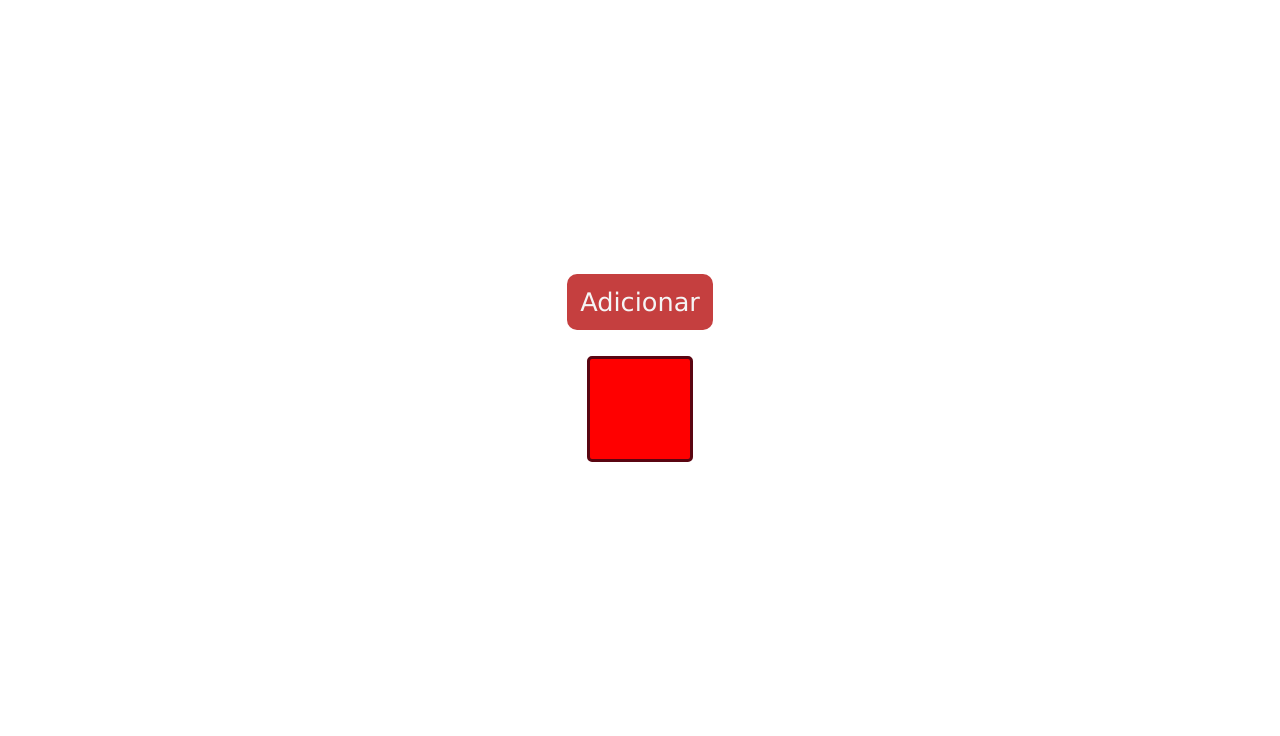
Repository: Orifiel/teste
Page: desafioMod2/desafioJavascript0201.html
These files come from the project's save history. The page is drawn as it stood at one moment and after the next save; the edit follows.
The browser window is 1280 px wide. The pictures show the whole page.
The pointer rests on the first visible `.button-container .getsquadred`.

Above is the page before, as saved 2020-08-12 15:18:58.

After the next save:
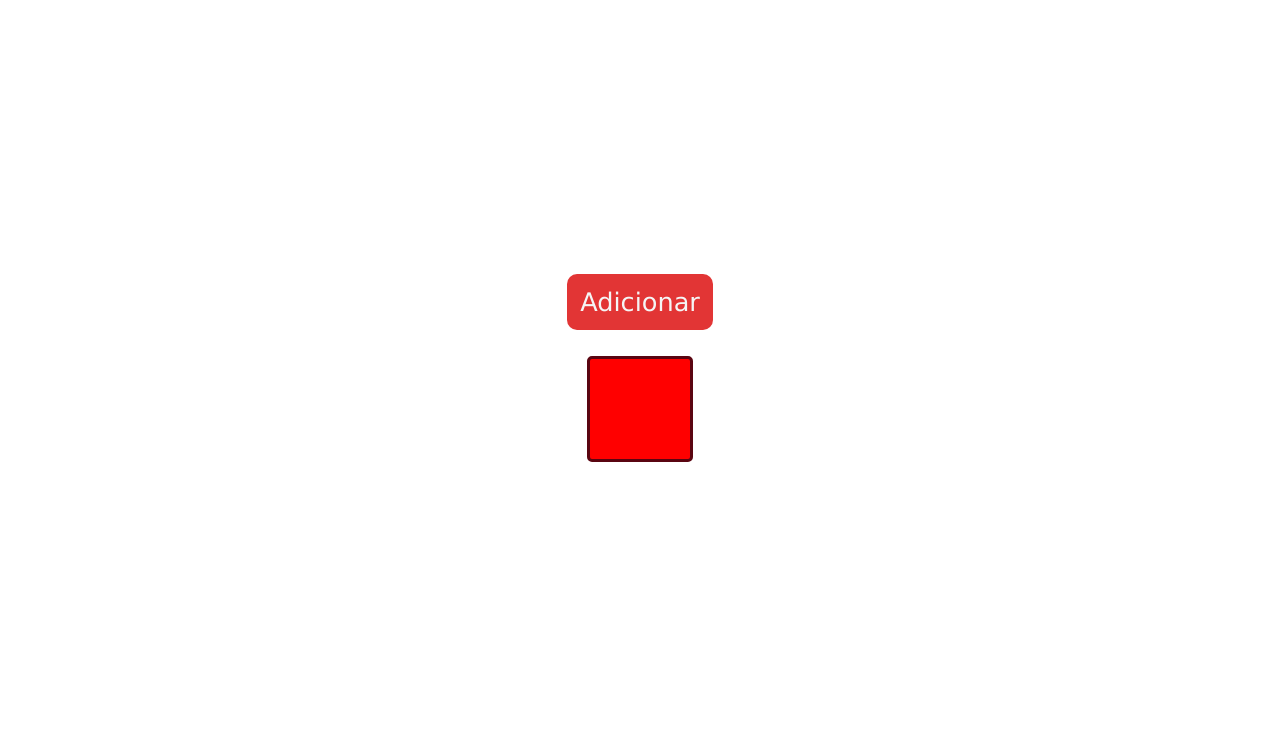
Saved 6 s later.
--- a/desafioMod2/desafioJavascript0201.html
+++ b/desafioMod2/desafioJavascript0201.html
@@ -35,7 +35,7 @@ aparecer na tela.
             font-family: verdana;
         }
         .button-container .getsquadred:hover{
-            background-color: rgb(197, 63, 63)
+            background-color: rgb(226, 53, 53)
         }
 
         .container-squads {
